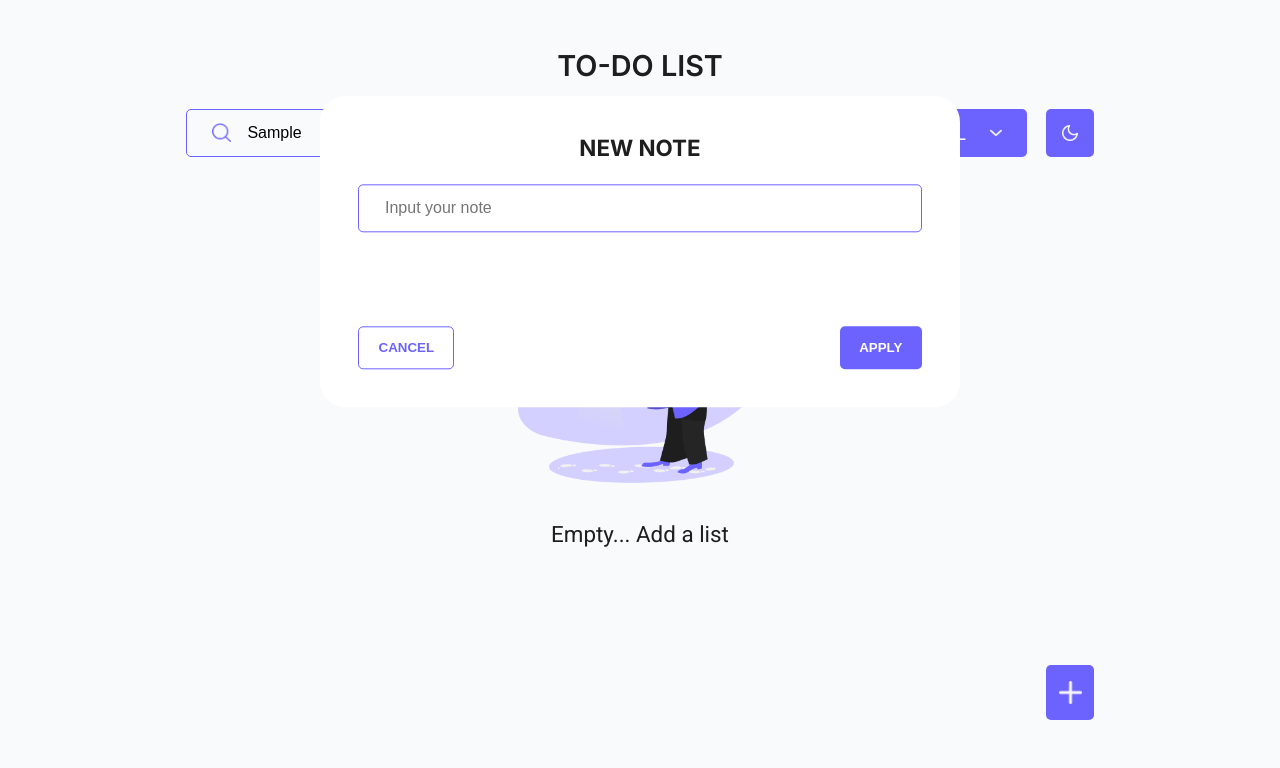
Repository: Marykeje/To-do-list
Page: index.html
These files come from the project's save history. The page is drawn as it stood at one moment and after the next save; the edit follows.
The browser window is 1280 px wide. The pictures show the whole page.
Empty fields were first filled with sample values (such as "Sample", 5 or name@example.com).
After loading, the first visible `#add-btn` was clicked once.
The style sheet was rebuilt from its Sass, Less or Tailwind sources for each picture, by a compiler version that may differ from the author's.

Above is the page before, as saved 2025-12-02 12:07:48.

After the next save:
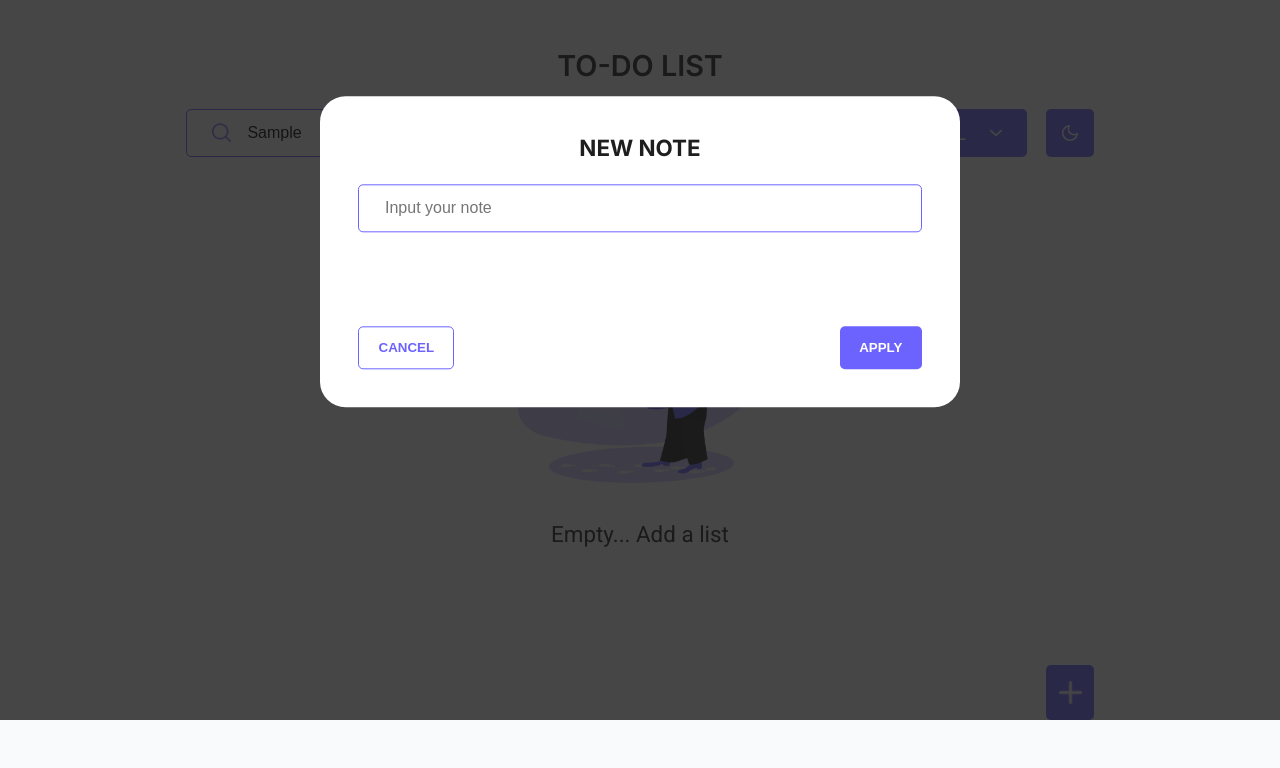
Saved 95 s later.
--- a/js/script.js
+++ b/js/script.js
@@ -26,7 +26,7 @@ function openModal() {
 
   clickOpen.style.display = "block";
   modal.style.display = "block";
-  overlay.style.display =""
+  overlay.style.display ="block"
   // cancel.style.displa
 
   // for the close modal
